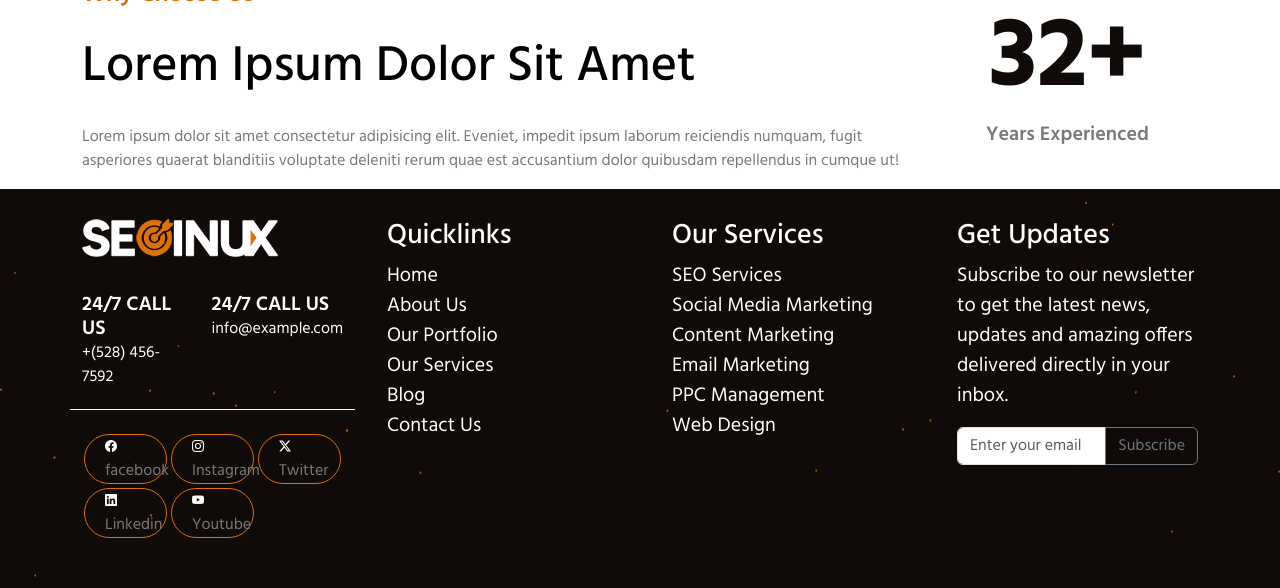
Repository: tagnam/seoinox
Page: about.html
An editor plug-in stored every save of this project. The page is shown before and after the next save, followed by the edit.
The browser window is 1280 px wide. The pictures show the part of the page from y = 3019 to 3633 px (the page is 3607 px tall before and 3633 px after).
A picture or video elsewhere on the page could not be fetched, so the positions and the page height are approximate. Backgrounds fixed to the window are drawn as part of the page.

Above is the page before, as saved 2025-02-26 11:10:18.

After the next save:
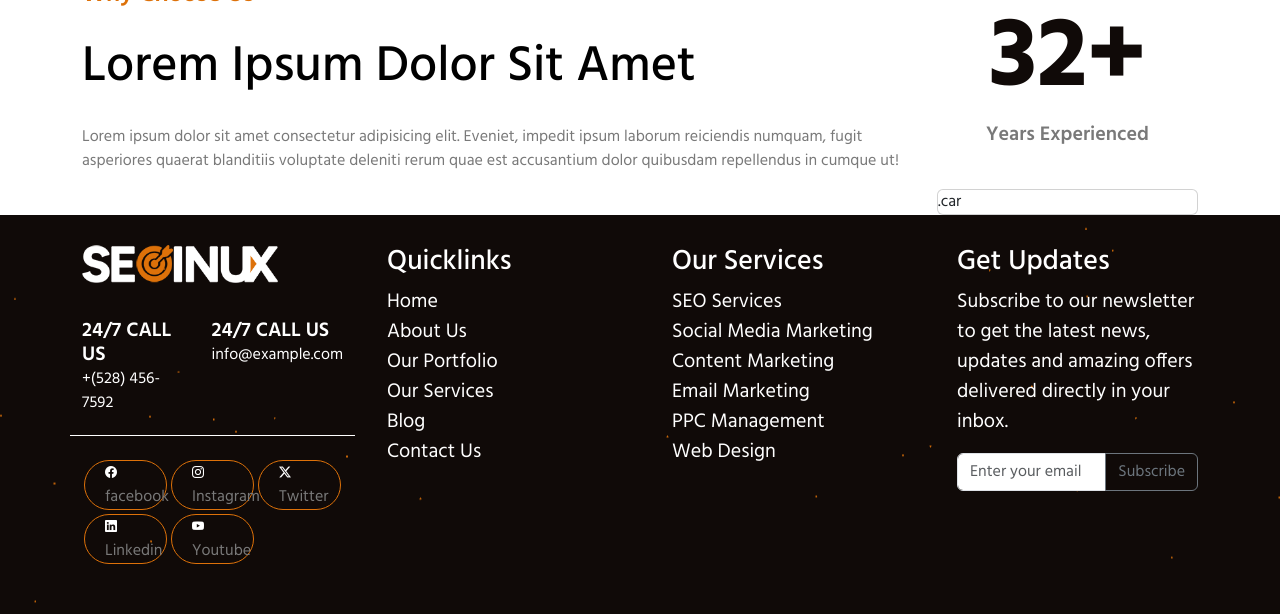
Saved 9 s later.
--- a/about.html
+++ b/about.html
@@ -273,7 +273,9 @@
 
         </div>
         <div class="col-lg-3">
-          <div class="crad"></div>
+          <div class="card">
+            .car
+          </div>
         </div>
       </div>
     </div>
